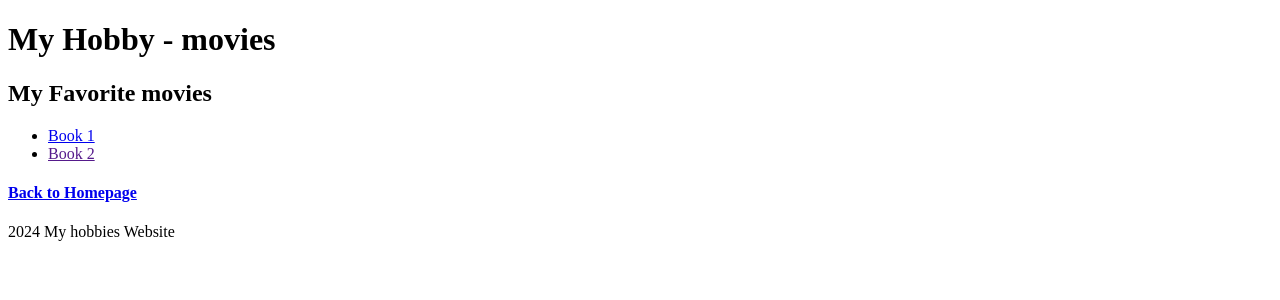
Repository: DaryaSarycheva/Hobbies
Page: pages/series.html
An editor plug-in stored every save of this project. The page is shown before and after the next save, followed by the edit.
The browser window is 1280 px wide. The pictures show the whole page.

Above is the page before, as saved 2024-05-10 12:52:32.

### pages/series.html
<!DOCTYPE html>
<html lang="en">
<head>
    <meta charset="UTF-8">
    <meta name="viewport" content="width=device-width, initial-scale=1.0">
    <title>Movies</title>
</head>
<body>
    <header>
        <h1>My Hobby - movies</h1>
    </header>
    <main>
        <h2>My Favorite movies</h2>
        <ul>
            <li><a href="./">Book 1</a></li>
            <li><a href="">Book 2</a></li>
        </ul>
    </main>
    <h4><a href="../myHobbies.html">Back to Homepage</a></h4>
    <footer>
        <p> 2024 My hobbies Website</p>
    </footer>
</body>
</html>

After the next save:
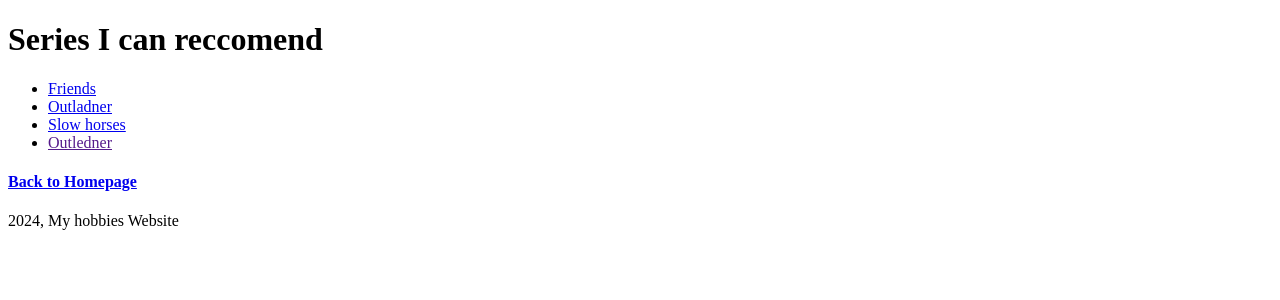
Saved 18 s later.
--- a/pages/series.html
+++ b/pages/series.html
@@ -3,22 +3,23 @@
 <head>
     <meta charset="UTF-8">
     <meta name="viewport" content="width=device-width, initial-scale=1.0">
-    <title>Movies</title>
+    <title>Series</title>
 </head>
 <body>
     <header>
-        <h1>My Hobby - movies</h1>
+        <h1>Series I can reccomend</h1>
     </header>
     <main>
-        <h2>My Favorite movies</h2>
         <ul>
-            <li><a href="./">Book 1</a></li>
-            <li><a href="">Book 2</a></li>
+            <li><a href="https://en.wikipedia.org/wiki/Friends">Friends</a></li>
+            <li><a href="https://en.wikipedia.org/wiki/Outlander_(TV_series)">Outladner</a></li>
+            <li><a href="https://en.wikipedia.org/wiki/Slow_Horses">Slow horses</a></li>
+            <li><a href="">Outledner</a></li>
         </ul>
     </main>
     <h4><a href="../myHobbies.html">Back to Homepage</a></h4>
     <footer>
-        <p> 2024 My hobbies Website</p>
+        <p> 2024, My hobbies Website</p>
     </footer>
 </body>
 </html>
